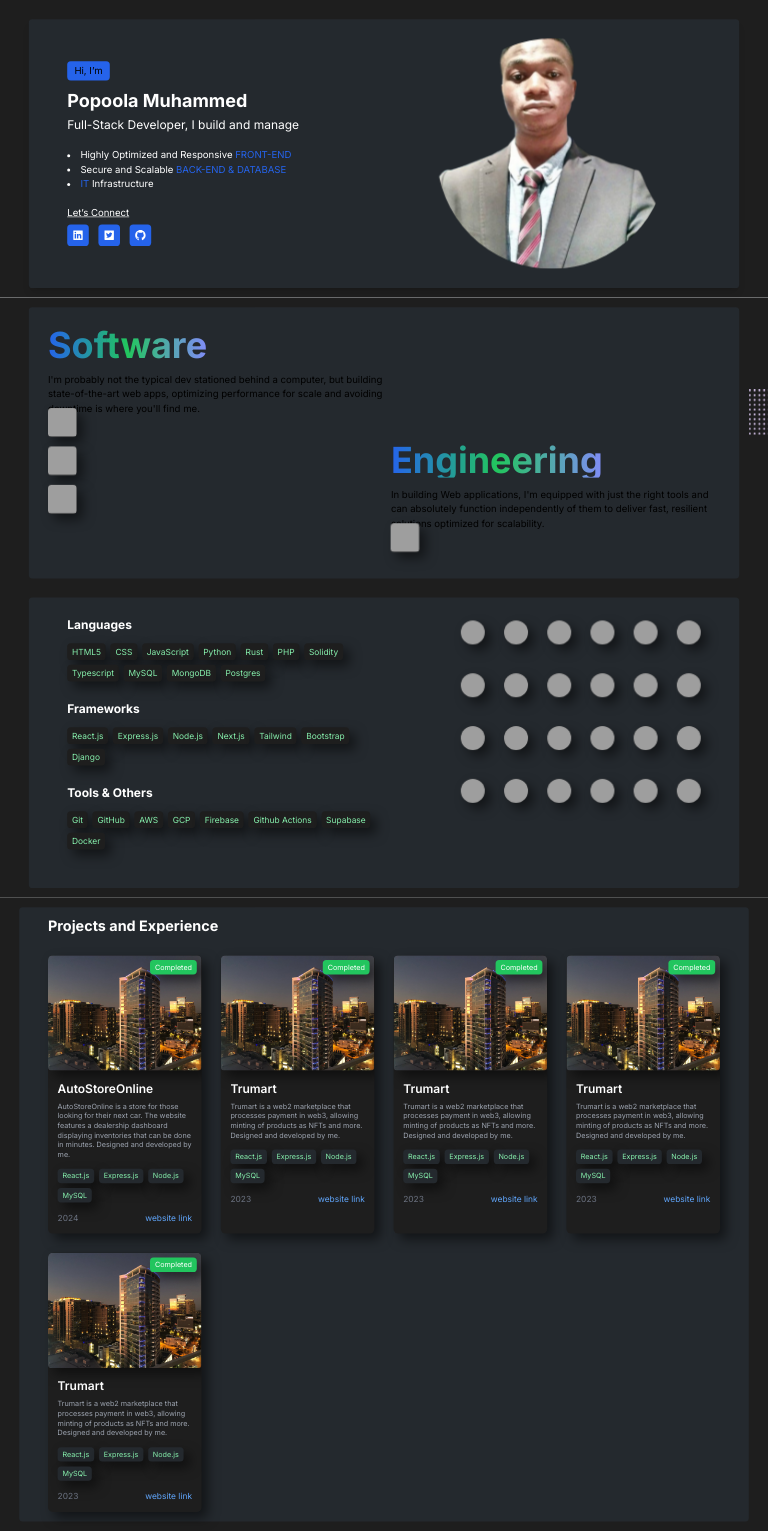
Repository: muhammedctgr/hammedctgr
Page: /
An editor plug-in stored every save of this project. The page is shown before and after the next save, followed by the edit.
The browser window is 1280 px wide. The pictures show the whole page, at 60% of full size.
Pictures or frames that could not be fetched are drawn as grey boxes. The project was rebuilt for these pictures with package versions that can differ from the ones it lists, and the page was loaded fresh each time. The framework's server and built-in components were replaced by stand-ins that run in the browser. Also part of the build but not shown: next.config.mjs.

Above is the page before, as saved 2024-08-08 21:42:17.

After the next save:
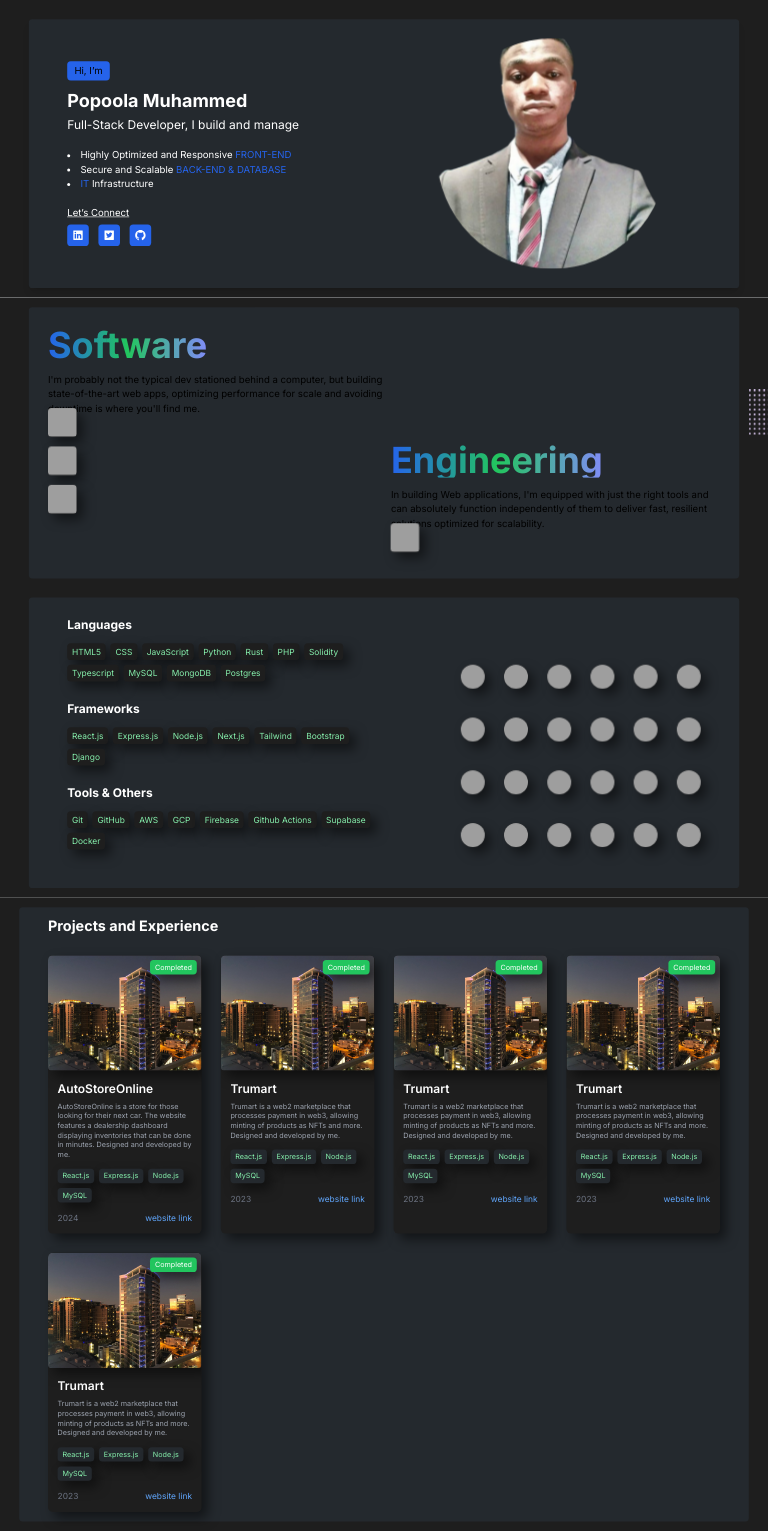
Saved 60 s later.
--- a/components/SkillsSection.tsx
+++ b/components/SkillsSection.tsx
@@ -80,7 +80,7 @@ const SkillsSection: FC = () => {
       ))}
     </div>
     <div className="flex-1 flex flex-col items-center md:items-end">
-      <div className="grid grid-cols-3 md:grid-cols-6 gap-8 p-4 md:p-8 animate">
+      <div className="grid grid-cols-3 md:grid-cols-6 gap-8 p-4 md:p-8 animate-scroll">
       <img src="https://cdn.jsdelivr.net/gh/devicons/devicon@latest/icons/html5/html5-original.svg" className="w-8 h-8 md:w-10 md:h-10 lg:w-10 lg:h-10 bg-gptGray rounded-3xl animate-bounce shadow-deep-all mt-4" />
       <img src="https://cdn.jsdelivr.net/gh/devicons/devicon@latest/icons/css3/css3-original.svg" className="w-8 h-8 md:w-10 md:h-10 lg:w-10 lg:h-10 bg-gptGray rounded-3xl animate-bounce shadow-deep-all mt-4" />
       <img src="https://cdn.jsdelivr.net/gh/devicons/devicon@latest/icons/javascript/javascript-original.svg" className="w-8 h-8 md:w-10 md:h-10 lg:w-10 lg:h-10 bg-gptGray rounded-3xl animate-bounce shadow-deep-all mt-4" />
